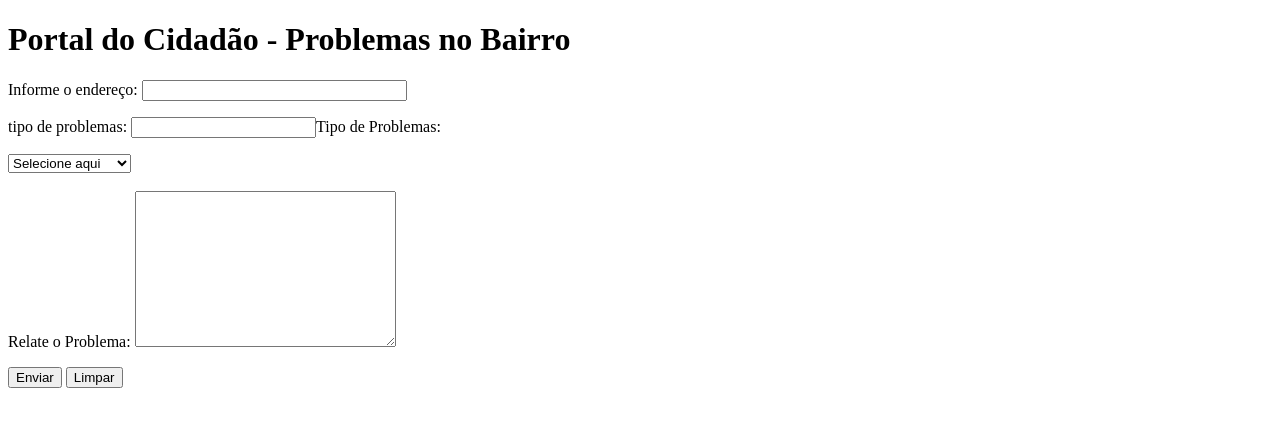
Repository: Marcelinalima/Java_JSP
Page: formulario_ex/src/main/webapp/reclamacoes.html
The author's editor kept a copy of each file at every save. The page is drawn from the files as they stood at one save, then again after the next save.
The browser window is 1280 px wide. The pictures show the whole page.

Above is the page before, as saved 2023-04-17 18:16:25.

### formulario_ex/src/main/webapp/reclamacoes.html
<!DOCTYPE html>
<html>
<head>
<meta charset="UTF-8">
<title>Portal Cidadão</title>
</head>
<body>
    <h1>Portal do Cidadão - Problemas no Bairro</h1>

    <form action="/formulario_ex/ReclamacoesServelet" method="post">

      <p>Informe o endereço: <input type="text" name="i_end" size="30" /></p>

	  <p> tipo de problemas: <input type= "text" name="t_prob">Tipo de Problemas:</p>

		<select name="Tipo de problema">
			<option selected="selected" disabled>Selecione aqui</option>
			<option value="hospitais"> Hospitais</option>
			<option value="centro de saude">Centro de Saúde</option>
			<option value="praias">Praias</option>
			<option value="ruas">Ruas</option>
			<option value="escolas">Escolas</option>
	    </select>
	    <br><br>

	     <label for="Relate o Problema">Relate o Problema:</label>
		 <textarea name="message" rows="10" cols="30"></textarea>

		<p>
			<input type="submit" value="Enviar" />
			<input type="reset" value="Limpar" />
		</p>

	</form>


</body>
</html>

After the next save:
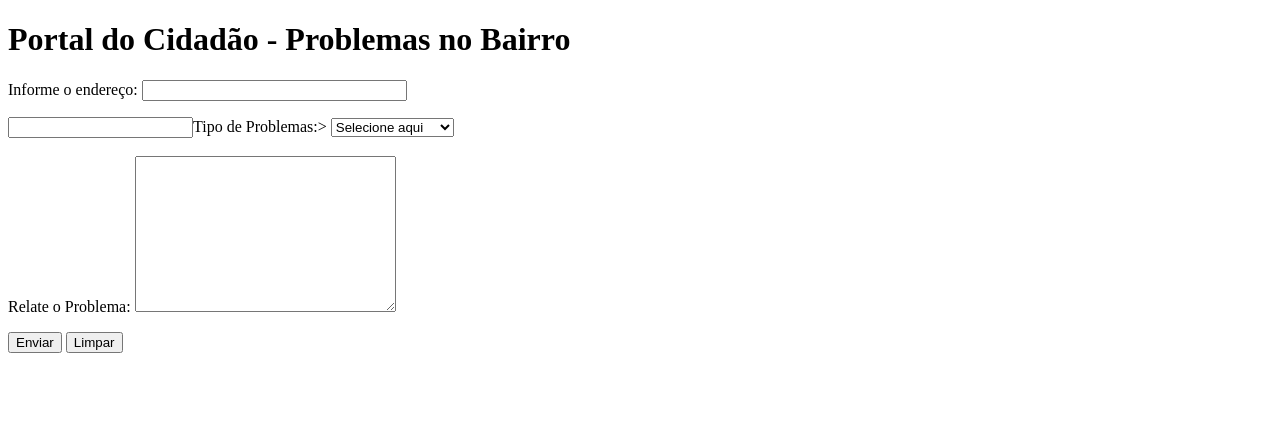
Saved 4 min 14 s later.
--- a/formulario_ex/src/main/webapp/reclamacoes.html
+++ b/formulario_ex/src/main/webapp/reclamacoes.html
@@ -11,7 +11,7 @@
 
       <p>Informe o endereço: <input type="text" name="i_end" size="30" /></p>
 
-	  <p> tipo de problemas: <input type= "text" name="t_prob">Tipo de Problemas:</p>
+	   <input type= "text" name="t_prob">Tipo de Problemas:>
 
 		<select name="Tipo de problema">
 			<option selected="selected" disabled>Selecione aqui</option>
